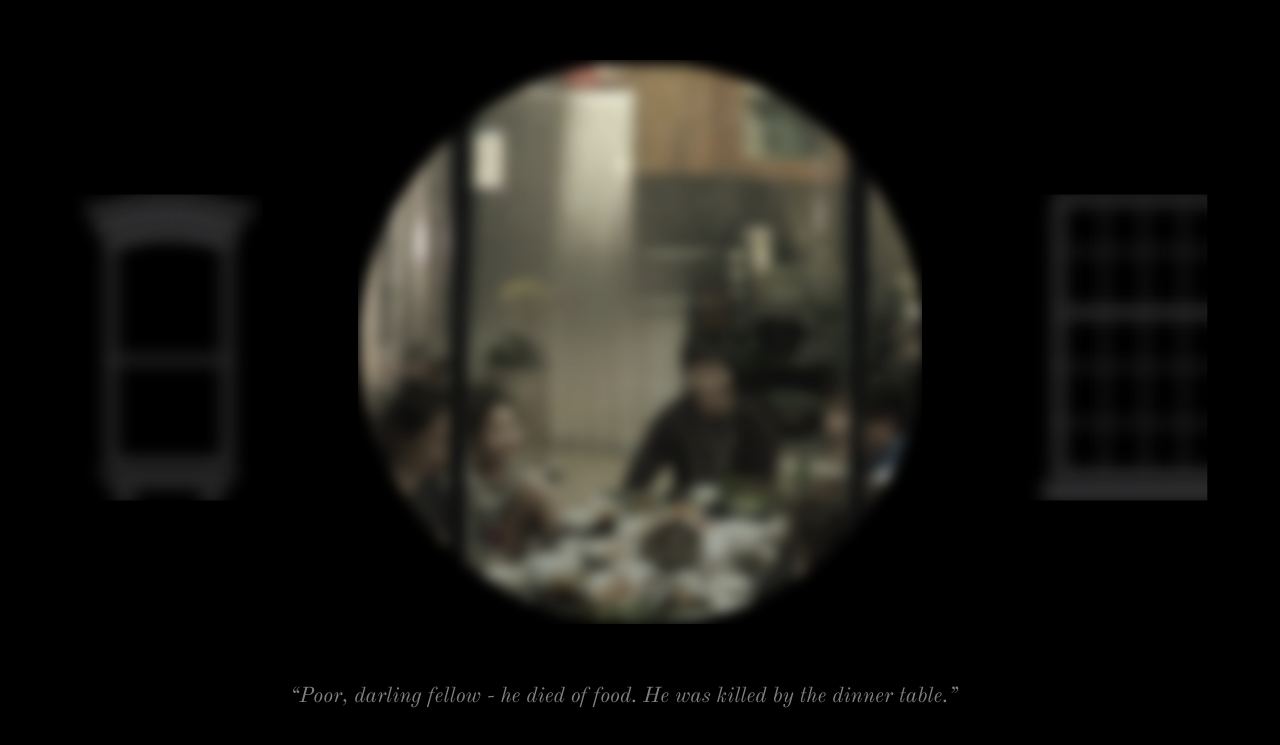
Repository: ConnyPinto/connypinto.github.io
Page: studio/space/final-space/room8.html
The author's editor kept a record of every edit. The page is drawn from the files as they stood at one moment, then again after the next edit.
The browser window is 1280 px wide. The pictures show the whole page.
Some web libraries are served in a nearby version.

Above is the page before.

After the next edit:
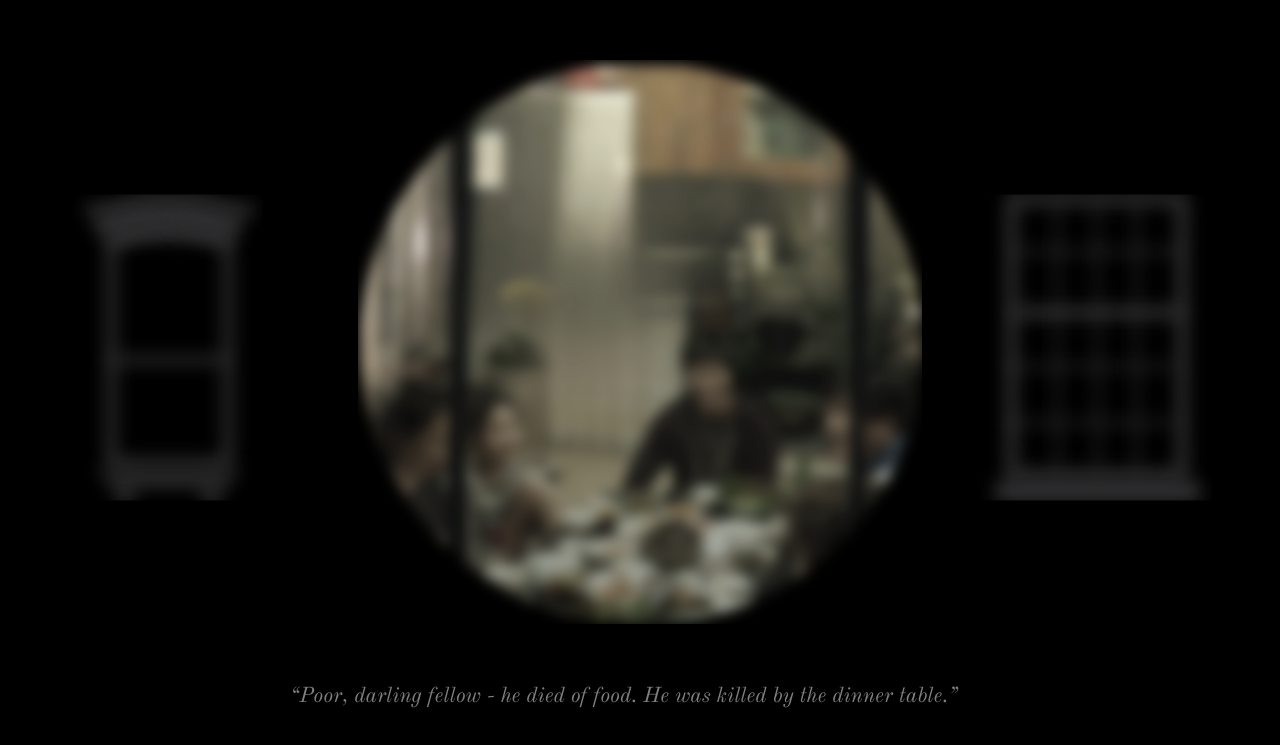
The edit:
--- a/studio/space/final-space/room8.html
+++ b/studio/space/final-space/room8.html
@@ -14,7 +14,7 @@
         style="background-image: url(images/grey-blur-09.png);
     background-repeat: no-repeat;
     transform: scale(1.2);
-    width: 153px;
+    width: 196px;
     height: 255px;
     display: block;
     float:right;
